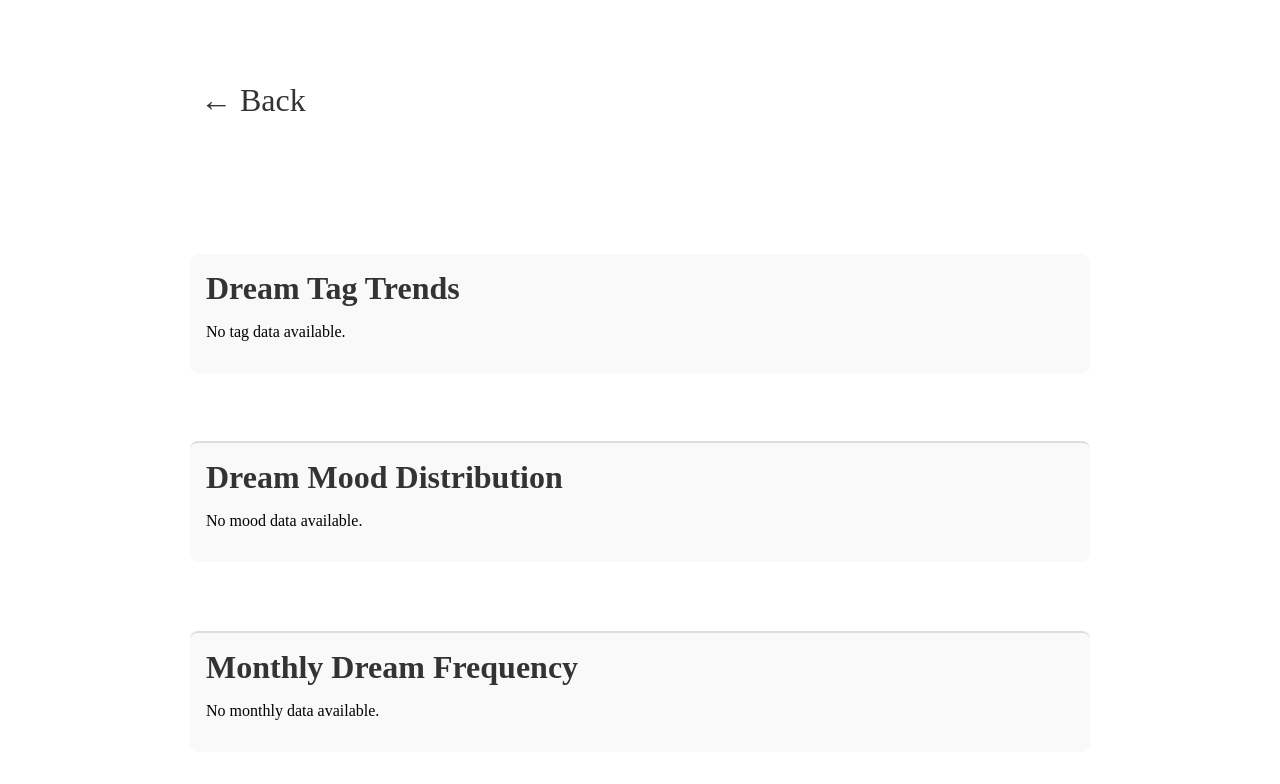
Repository: software-students-spring2025/2-web-app-blabla
Page: templates/analysis.html
An editor plug-in stored every save of this project. The page is shown before and after the next save, followed by the edit.
The browser window is 1280 px wide. The pictures show the whole page.
Some web fonts or font styles are not loaded; a fallback is used. The template is drawn by Flask 3. The application's start-up code is not run. Other server files are loaded and not shown. The template is opened directly, without the code that normally fills it, so the values that code supplies are empty.

Above is the page before, as saved 2025-03-02 15:24:40.

### templates/analysis.html
<!DOCTYPE html>
<html>
  <head>
    <title>Analysis Page</title>
    <link rel="stylesheet" href="/static/css/style.css">
    <link
      href="https://fonts.googleapis.com/css2?family=Indie+Flower&display=swap"
      rel="stylesheet"
    />
    <style>
      /* Center the container and give it a max width */
      .analysis-container {
        max-width: 900px;
        margin: 2rem auto;  /* Centers the container horizontally */
        padding: 0;         /* No extra padding */
      }

      /* Style the back link */
      .back-link {
        display: inline-block;
        margin-bottom: 1rem;
        text-decoration: none;
        font-size: 2rem;
        color: #333;
      }
      .back-link:hover {
        text-decoration: underline;
      }

      /* Each block has a gray background, no gap between them */
      .trend-container {
        background: #f9f9f9;
        border-radius: 8px;
        padding: 1rem;
        margin: 0;  /* Remove default margin */
      }
      /* Remove the gap between consecutive .trend-container blocks */
      .trend-container + .trend-container {
        margin-top: 0;
        border-top: 2px solid #ddd; /* Optional: subtle divider line */
      }

      /* Larger font sizes */
      .trend-container h2 {
        margin: 0 0 1rem;
        font-size: 2rem;
        color: #333;
      }

      /* Remove default list styling, bigger font */
      .trend-container ul {
        list-style-type: none;
        padding-left: 0;
      }
      .trend-container li {
        margin-bottom: 0.5rem;
        font-size: 1.5rem;
      }
    </style>
  </head>
  <body>
    <div class="analysis-container">
      <!-- Back link -->
      <a class="back-link" href="/home">← Back</a>

      <!-- 1) Tag Trends -->
      <div class="trend-container">
        <h2>Dream Tag Trends</h2>
        {% if tag_trends %}
          <ul>
            {% for trend in tag_trends %}
              <li><strong>{{ trend._id }}:</strong> {{ trend.count }} dreams</li>
            {% endfor %}
          </ul>
        {% else %}
          <p>No tag data available.</p>
        {% endif %}
      </div>

      <!-- 2) Mood Distribution -->
      <div class="trend-container">
        <h2>Dream Mood Distribution</h2>
        {% if mood_trends %}
          <ul>
            {% for trend in mood_trends %}
              <li><strong>{{ trend._id }}:</strong> {{ trend.count }} dreams</li>
            {% endfor %}
          </ul>
        {% else %}
          <p>No mood data available.</p>
        {% endif %}
      </div>

      <!-- 3) Monthly Dream Frequency -->
      <div class="trend-container">
        <h2>Monthly Dream Frequency</h2>
        {% if month_trends %}
          <ul>
            {% for trend in month_trends %}
              <li>
                <strong>{{ trend._id.year }}-{{ trend._id.month }}:</strong>
                {{ trend.count }} dreams
              </li>
            {% endfor %}
          </ul>
        {% else %}
          <p>No monthly data available.</p>
        {% endif %}
      </div>
    </div>
  </body>
</html>

### static/css/style.css
@import url("https://fonts.googleapis.com/css2?family=Indie+Flower&display=swap");

body {
    font-family: 'Indie Flower', cursive;
    overflow-y:hidden
}

nav{
    display: flex;
    align-items: center;
    height: 100px;
    padding: 12px;
}

.home-container{
    padding:12px;
}

.search-icon{
    width: 60px;
    height: 60px;
}

.bubble-container {
    position: absolute;
    left: 50%;
    transform: translateX(-50%);
    display: flex;
    justify-content: center;
    align-items: stretch;
    width: 100vw;
    z-index: 2;
}

.bubble-img{
    height:860px;
    width: 1000px;
}

.bear-container{
    display:flex;
    flex-direction: column;
    justify-content: flex-end;
    height:90vh;
}

.dream-button{
    position:absolute;
    width:260px;
    height:198px;
    z-index: 2;
    font-size: 24pt;
    font-family: 'Indie Flower', cursive;
    top:80%;
    left: 50%;
    transform: translateX(-50%);
    fill:none;
    background-color: white;
    border: 12pt solid black;
    border-radius: 5pt;
}

.edit-container {
    display: flex;
    flex-direction: column;
    justify-content: space-between;
    width: 100vw;
    height: 100vh;
}

#tag-container{
    display:flex;
    justify-content: center;
    align-items: center;
    width:100vw;
    gap:50px;
    padding:12px;
    margin-top:80px;
}

.tag{
    width:156px;
    height:67px;
    font-size:24pt;
    background-color: transparent;
    border: 2pt solid black;
    border-radius: 5pt;

}

.back-link{
    font-size: 24pt;
    text-decoration: none;
    padding:50px 10px;
    color:black;
    display: block;
    text-align: left;
}

.input-container{
    display:flex;
    justify-content:center;
    margin-top: 40px;
}

#dream-description {
    width: 80%;
    max-width: 624px;
    height: 400px;
    padding: 10px;
    font-size: 18px;
    box-sizing: border-box;
    border: 2px solid black;
}

.button-container{
    display:flex;
    justify-content:center;
    gap:15px;
    margin-top:40px;
}

.edit-button{
    width: 156px;
    height:67px;
    font-size:24pt;
    background-color: transparent;
    border: 2px solid black;
    border-radius: 5px
}

.bear{
    display:flex;
    flex-direction: column;
    justify-content: flex-end;
    height:auto;
}

.analysis-container {
    display: flex;
    flex-direction: column;
    justify-content: space-between;
    width: 100vw;
    height: 100vh;
}

#dream-search{
    width:624px;
    height: 42px;
    font-size:24pt;
}

.login-container {
    display: flex;
    flex-direction: column;
    justify-content: center;
    align-items: center;
    width: 100vw;
    height: 100vh;
}

.input-container {
    display: flex;
    flex-direction: column;
    align-items: flex-start;
    margin-bottom: 15px;
}

.input-container label {
    font-size: 18px;
    margin-bottom: 5px;
}

.input-container input {
    width: 260px;
    height: 30px;
    font-size: 16px;
    border: 1px solid black;
    padding: 5px;
}

.button-container {
    margin-top: 20px;
}

.login-button {
    width: 260px;
    height: 40px;
    font-size: 18px;
    background-color: #D9D9D9;
    border: 2px solid black;
    border-radius: 5px;
    cursor: pointer;
}

.signup-text {
    font-size: 14px;
    margin-top: 15px;
}

.signup-link {
    font-size: 18px;
    font-weight: bold;
    text-decoration: none;
    color: black;
}

.login-image {
    width: 125px;
    height: 125px;
}

.signup-container {
    display: flex;
    flex-direction: column;
    justify-content: center;
    align-items: center;
    width: 100vw;
    height: 100vh;
}

.signup-button {
    width: 260px;
    height: 40px;
    font-size: 18px;
    background-color: #D9D9D9;
    border: 2px solid black;
    border-radius: 5px;
    cursor: pointer;
}

.signup-image {
    width: 125px;
    height: 125px;
}

.adddream-container {
    display: flex;
    flex-direction: column;
    justify-content: flex-start;
    align-items: center;
    width: 100vw;
    height: 100vh;
    padding: 20px;
}

.bear-header {
    margin-top: 60px;
    margin-bottom: 20px;
}
.bear-image {
    width: 150px;
    height: auto;
}

.date-container {
    margin-bottom: 20px;
    text-align: left;
    width: 80%;
    max-width: 624px;
}
.date-label {
    display: block;
    font-size: 16px;
    margin-bottom: 8px;
}
.date-inputs {
    display: flex;
    gap: 10px;
}
.date-inputs input {
    width: 90px;
    border: 1px solid black;
    padding: 5px;
    font-size: 16px;
    text-align: center;
}

.tags-container {
    margin-bottom: 20px;
    width: 80%;
    max-width: 624px;
}
.tags-container p {
    font-size: 16px;
    margin-bottom: 10px;
}
.tag {
    background-color: transparent;
    border: 2px solid black;
    border-radius: 5px;
    font-size: 18px;
    margin: 5px;
    padding: 5px 10px;
    cursor: pointer;
}

.description-container {
    width: 80%;
    max-width: 624px;
    margin-bottom: 20px;
}
.description-container label {
    display: block;
    font-size: 16px;
    margin-bottom: 8px;
}
#dream-description {
    width: 100%;
    height: 150px;
    border: 2px solid black;
    font-size: 16px;
    padding: 10px;
    box-sizing: border-box;
}

.save-dream-button {
    width: 220px;
    height: 40px;
    font-size: 18px;
    background-color: #D9D9D9;
    border: 2px solid black;
    border-radius: 5px;
    cursor: pointer;
}

.flash-message {
    font-weight: bold;
    margin: 10px 0;
  }

  .flash-message.error {
    color: red;
  }

  .flash-message.success {
    color: green;
  }
  /* Star Cloud Container */
  #star-container {
    position: absolute;
    top: 0;
    left: 0;
    width: 100%;
    height: 500px; /* 根据需要调整高度 */
    background: transparent;
    z-index: 3; /* 确保高于背景但低于其他关键元素 */
  }


  /* Star Button Style */
  .star {
    width: 50px;
    height: 50px;
    background: url("/static/images/star.svg") no-repeat center;
    background-size: contain;
    position: absolute;
    cursor: pointer;
  }

  /* Tooltip on hover for star button */
  .star:hover::after {
    content: attr(title);
    position: absolute;
    bottom: -25px;
    left: 0;
    background: rgba(255, 255, 255, 0.8);
    color: #000;
    padding: 3px 5px;
    border-radius: 3px;
    white-space: nowrap;
    z-index: 999;
  }

#search-box{
    width:300px;
    height:50px;
    font-size: 16pt;
    padding-left: 20px;
    display: none;
}

.analysis-button {
    font-family: 'Indie Flower', cursive;
    padding: 10px 20px;
    font-size: 24px;
    border: none;
    border-radius: 5px;
    cursor: pointer;
  }

.center-button-container {
    position: absolute;
    left: 50%;
    transform: translate(-50%, -50%);
}

After the next save:
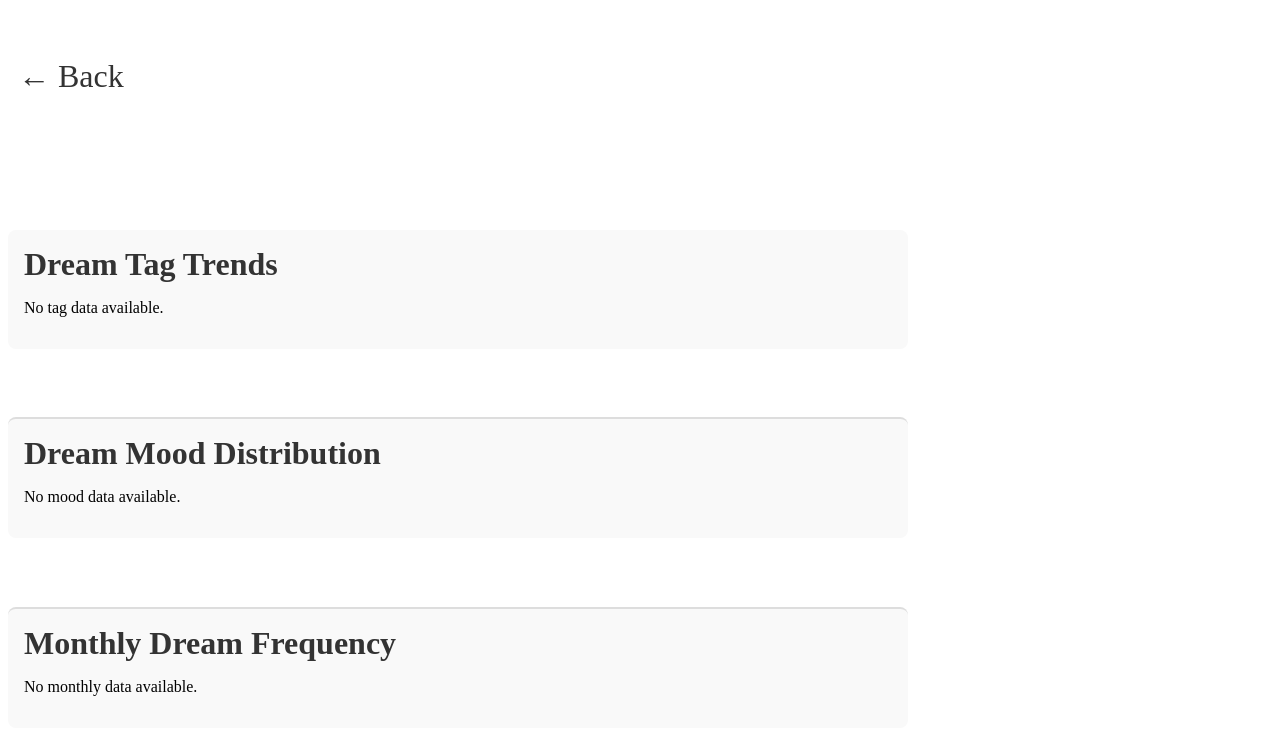
Saved 2 min 58 s later.
--- a/templates/analysis.html
+++ b/templates/analysis.html
@@ -11,8 +11,7 @@
       /* Center the container and give it a max width */
       .analysis-container {
         max-width: 900px;
-        margin: 2rem auto;  /* Centers the container horizontally */
-        padding: 0;         /* No extra padding */
+        padding: 0;
       }
 
       /* Style the back link */
@@ -26,28 +25,23 @@
       .back-link:hover {
         text-decoration: underline;
       }
-
-      /* Each block has a gray background, no gap between them */
       .trend-container {
         background: #f9f9f9;
         border-radius: 8px;
         padding: 1rem;
-        margin: 0;  /* Remove default margin */
       }
-      /* Remove the gap between consecutive .trend-container blocks */
+
       .trend-container + .trend-container {
         margin-top: 0;
-        border-top: 2px solid #ddd; /* Optional: subtle divider line */
+        border-top: 2px solid #ddd;
       }
 
-      /* Larger font sizes */
       .trend-container h2 {
         margin: 0 0 1rem;
         font-size: 2rem;
         color: #333;
       }
 
-      /* Remove default list styling, bigger font */
       .trend-container ul {
         list-style-type: none;
         padding-left: 0;
